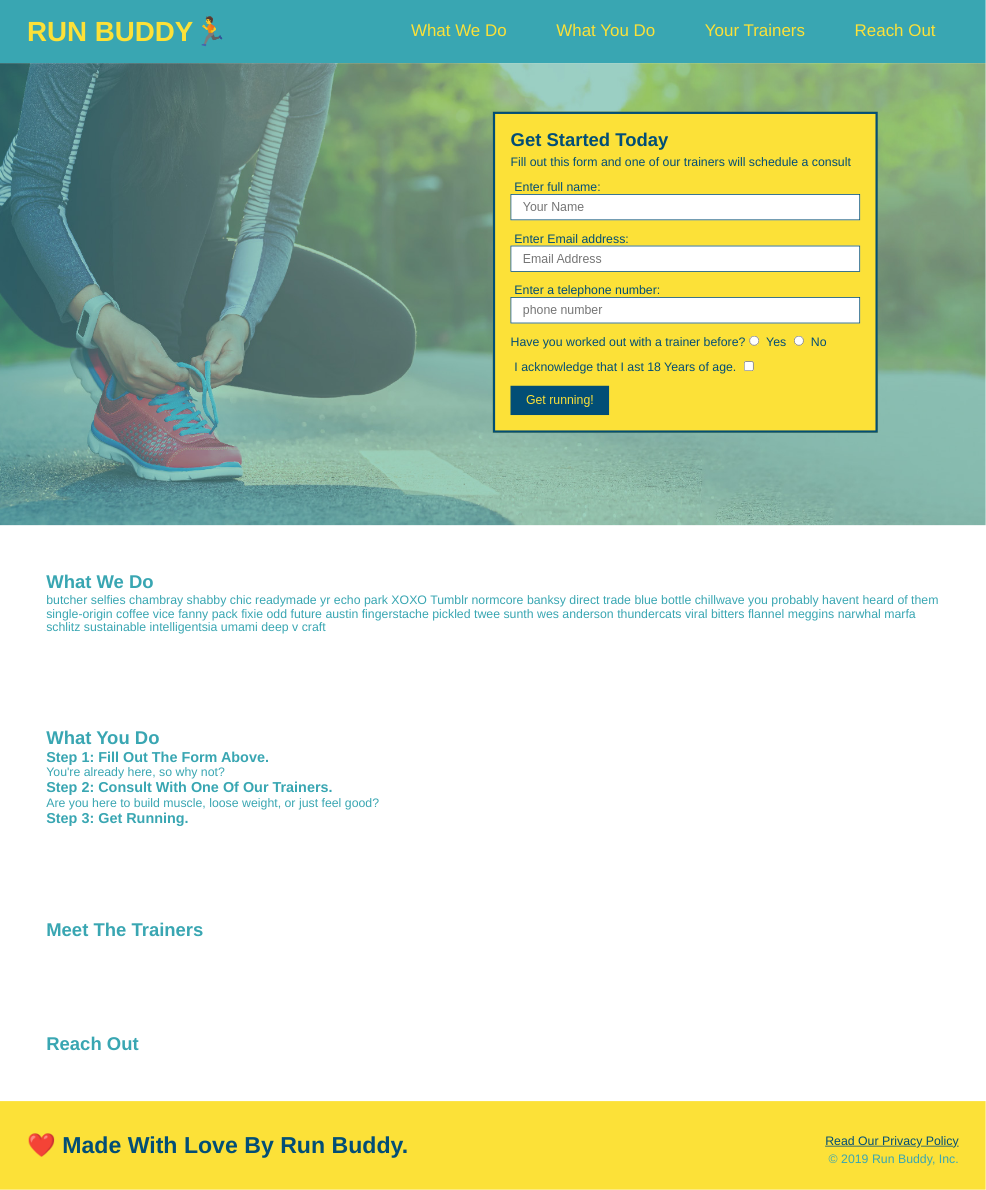
Repository: pilar122/run-buddy
Page: index.html
These files come from the project's save history. The page is drawn as it stood at one moment and after the next save; the edit follows.
The browser window is 1280 px wide. The pictures show the whole page, at 77% of full size.

Above is the page before, as saved 2023-01-22 07:50:17.

After the next save:
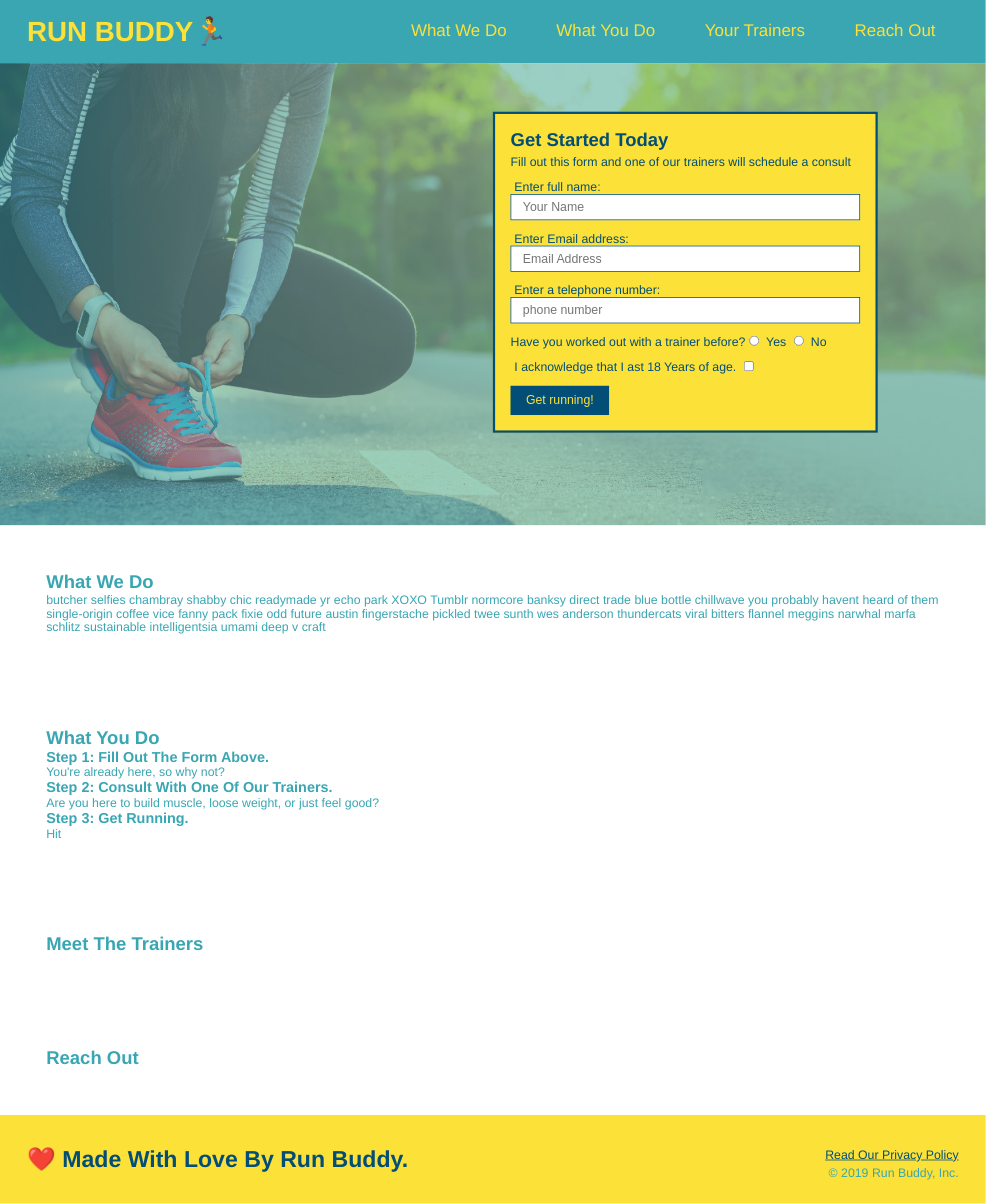
Saved 4 s later.
--- a/index.html
+++ b/index.html
@@ -92,7 +92,7 @@
 
             <div>
                 <h3>Step 3: Get Running.</h3>
-                <p></p>
+                <p>Hit</p>
             </div>
         </section>
 
